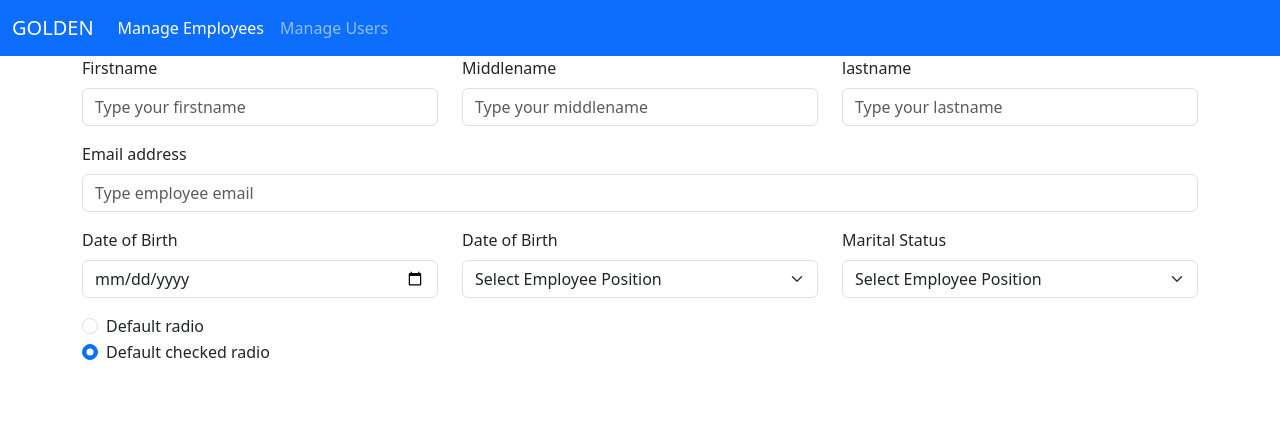
Repository: owuraku/DBC28.1
Page: resources/views/employees/form.blade.php
An editor plug-in stored every save of this project. The page is shown before and after the next save, followed by the edit.
The browser window is 1280 px wide. The pictures show the whole page.
The page is served by the project's Laravel application, run on PHP 8.4 with Laravel 10. Other server files are loaded and not shown. The template is opened directly, without the code that normally fills it, so the values that code supplies are empty.

Above is the page before, as saved 2023-05-23 11:57:10.

### routes/web.php
<?php

use App\Http\Controllers\EmployeeController;
use App\Http\Controllers\FirstController;
use Illuminate\Support\Facades\Route;

/*
|--------------------------------------------------------------------------
| Web Routes
|--------------------------------------------------------------------------
|
| Here is where you can register web routes for your application. These
| routes are loaded by the RouteServiceProvider and all of them will
| be assigned to the "web" middleware group. Make something great!
|
*/

Route::get('/', function () {
    return view('welcome');
});

// Route::get('/employees', function(){
//     return "Get all employees";
// })->name('employees.index');


// Route::get('/employees/{id}', function($id){
//     return "Get employee with id of $id";
// })->whereNumber('id')->name('employees.show');

Route::get('/employees', [FirstController::class, 'myFirstControllerFunction']);



//Route prefix
// Route::prefix('/employees')
// ->name('employees.')
// ->controller(FirstController::class)
// ->group(function(){
    // Route::get('', 'myFirstControllerFunction' )->name('index');

//     Route::post('', function(){
//         return "Save employee details";
//     })->name('store');

//     Route::get('/create', function(){
//         return "Get employee create form";
//     })->name('create');

//     Route::get('/{id}', 'mySecondControllerFunction')->name('show');

//      Route::get('/edit/{id}', function($id){
//         return "Get edit form for employee with id of $id";
//     })->name('edit');

//     Route::patch('/{id}', function($id){
//         return "Edit employee id of $id";
//     })->name('update');

//      Route::delete('/{id}', function($id){
//         return "Delete employee id of $id";
//     })->name('destroy');
// });


Route::resource('/employees', EmployeeController::class);
// Route::get('/employees', [EmployeeController::class, 'index']);

### resources/views/employees/form.blade.php
@extends('layout.master')

@section('title', 'Add New Employee')

@section('content')
    <div class="row mb-3">
        {{-- firstname --}}
        <div class="col">
            <label for="firstname" class="form-label">Firstname</label>
            <input type="text" class="form-control" name="firstname" placeholder="Type your firstname">
        </div>
        {{-- middlename --}}
        <div class="col">
            <label for="middlename" class="form-label">Middlename</label>
            <input type="text" class="form-control" name="middlename" placeholder="Type your middlename">
        </div>
        {{-- lastname --}}
        <div class="col">
            <label for="lastname" class="form-label">lastname</label>
            <input type="text" class="form-control" name="lastname" placeholder="Type your lastname">
        </div>
    </div>
    {{-- email --}}
    <div class="mb-3">
        <label for="email" class="form-label">Email address</label>
        <input type="email" class="form-control" id="email" name="email" placeholder="Type employee email">
    </div>
    <div class="row mt-3">
        {{-- dob --}}
        <div class="col">
            <label for="dob" class="form-label">Date of Birth</label>
            <input type="date" class="form-control" name="dob" placeholder="Date of Birth">
        </div>
        {{-- position --}}
        <div class="col">
            <label for="dob" class="form-label">Date of Birth</label>
            <select class="form-select" name="position" aria-label="Default select example">
                <option selected>Select Employee Position</option>
                <option value="CEO">CEO</option>
                <option value="CTO">CTO</option>
                <option value="Manager">Manager</option>
                <option value="Other">Other</option>
            </select>
        </div>
        {{-- marital status --}}
        <div class="col">
            <label for="dob" class="form-label">Marital Status</label>
            <select class="form-select" name="position" aria-label="Default select example">
                <option selected>Select Employee Position</option>
                <option value="married">Married</option>
                <option value="single">Single</option>
                <option value="divorced">Divorced</option>
                <option value="seperated">Seperated</option>
            </select>
        </div>
    </div>
    {{-- gender --}}
    <div class="mt-3">
        <div class="form-check">
            <input class="form-check-input" type="radio" name="flexRadioDefault" id="flexRadioDefault1">
            <label class="form-check-label" for="flexRadioDefault1">
                Default radio
            </label>
        </div>
        <div class="form-check">
            <input class="form-check-input" type="radio" name="flexRadioDefault" id="flexRadioDefault2" checked>
            <label class="form-check-label" for="flexRadioDefault2">
                Default checked radio
            </label>
        </div>
    </div>
    {{-- image --}}
@endsection

### resources/views/layout/master.blade.php
<!DOCTYPE html>
<html lang="en">

<head>
    <meta charset="UTF-8">
    <meta name="viewport" content="width=device-width, initial-scale=1.0">
    <meta http-equiv="X-UA-Compatible" content="ie=edge">
    <link href="https://cdn.jsdelivr.net/npm/bootstrap@5.3.0-alpha3/dist/css/bootstrap.min.css" rel="stylesheet"
        integrity="sha384-KK94CHFLLe+nY2dmCWGMq91rCGa5gtU4mk92HdvYe+M/SXH301p5ILy+dN9+nJOZ" crossorigin="anonymous">
    <title>
        @yield('title')
    </title>
</head>

<body>
    <main>
        @include('layout.navbar')
        <div class="container">
            @yield('content')
        </div>
    </main>

    <script src="https://cdn.jsdelivr.net/npm/bootstrap@5.3.0-alpha3/dist/js/bootstrap.bundle.min.js"
        integrity="sha384-ENjdO4Dr2bkBIFxQpeoTz1HIcje39Wm4jDKdf19U8gI4ddQ3GYNS7NTKfAdVQSZe" crossorigin="anonymous">
    </script>
</body>

</html>

### resources/views/layout/navbar.blade.php
<nav class="navbar navbar-expand-lg bg-primary" data-bs-theme="dark">
    <div class="container-fluid">
        <a class="navbar-brand" href="#">GOLDEN</a>
        <button class="navbar-toggler" type="button" data-bs-toggle="collapse" data-bs-target="#navbarSupportedContent"
            aria-controls="navbarSupportedContent" aria-expanded="false" aria-label="Toggle navigation">
            <span class="navbar-toggler-icon"></span>
        </button>
        <div class="collapse navbar-collapse" id="navbarSupportedContent">
            <ul class="navbar-nav me-auto mb-2 mb-lg-0">
                <li class="nav-item">
                    <a class="nav-link active" aria-current="page" href="{{ route('employees.index') }}">Manage
                        Employees</a>
                </li>
                <li class="nav-item">
                    <a class="nav-link" aria-current="page" href="#">Manage
                        Users</a>
                </li>
            </ul>
            {{-- <form class="d-flex" role="search">
        <input class="form-control me-2" type="search" placeholder="Search" aria-label="Search">
        <button class="btn btn-outline-success" type="submit">Search</button>
      </form> --}}
        </div>
    </div>
</nav>

After the next save:
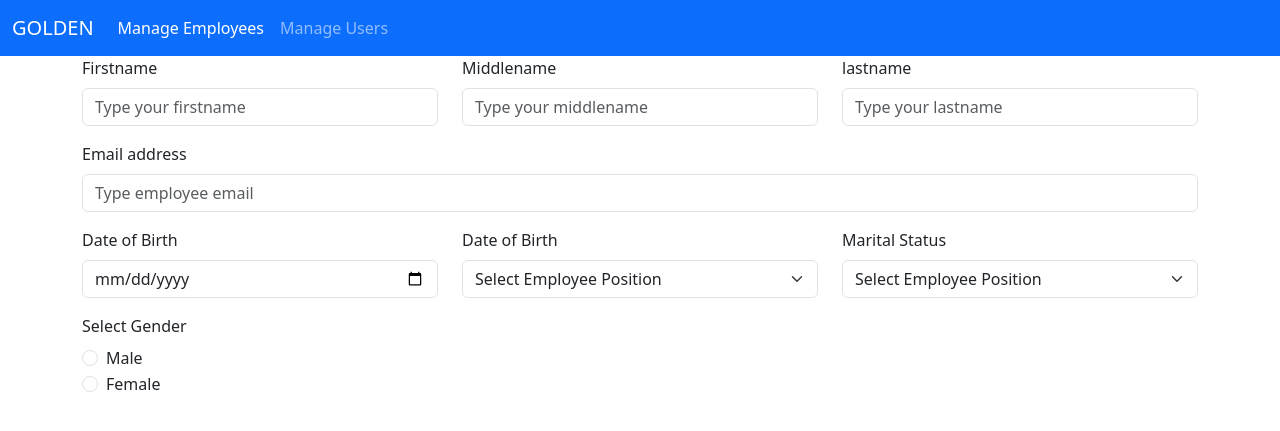
Saved 99 s later.
--- a/resources/views/employees/form.blade.php
+++ b/resources/views/employees/form.blade.php
@@ -56,16 +56,17 @@
     </div>
     {{-- gender --}}
     <div class="mt-3">
+        <label class="form-label">Select Gender</label>
         <div class="form-check">
-            <input class="form-check-input" type="radio" name="flexRadioDefault" id="flexRadioDefault1">
-            <label class="form-check-label" for="flexRadioDefault1">
-                Default radio
+            <input class="form-check-input" type="radio" name="gender" id="male" value="male">
+            <label class="form-check-label" for="male">
+                Male
             </label>
         </div>
         <div class="form-check">
-            <input class="form-check-input" type="radio" name="flexRadioDefault" id="flexRadioDefault2" checked>
-            <label class="form-check-label" for="flexRadioDefault2">
-                Default checked radio
+            <input class="form-check-input" type="radio" name="gender" id="female" value="female">
+            <label class="form-check-label" for="female">
+                Female
             </label>
         </div>
     </div>
